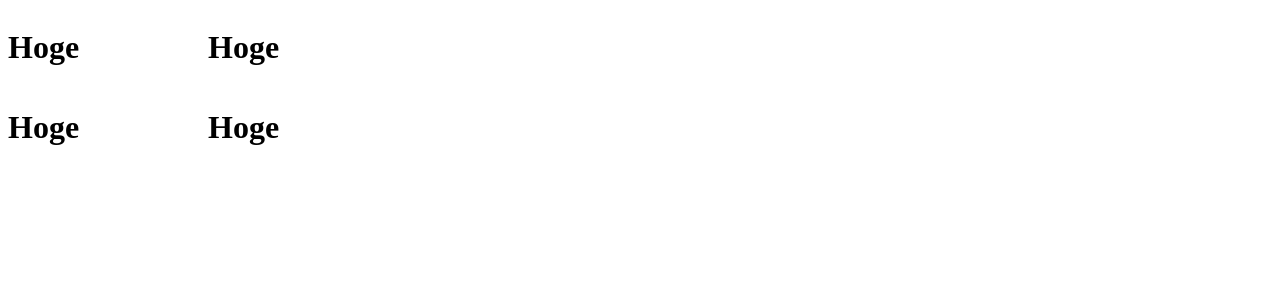
Repository: IzIzKen/samurai_HTML-CSS
Page: HTML CSSを学びWebプログラミングの第一歩を踏み出そう/15章 CSS Grid/index.html
The author's editor kept a record of every edit. The page is drawn from the files as they stood at one moment, then again after the next edit.
The browser window is 1280 px wide. The pictures show the whole page.

Above is the page before.

After the next edit:
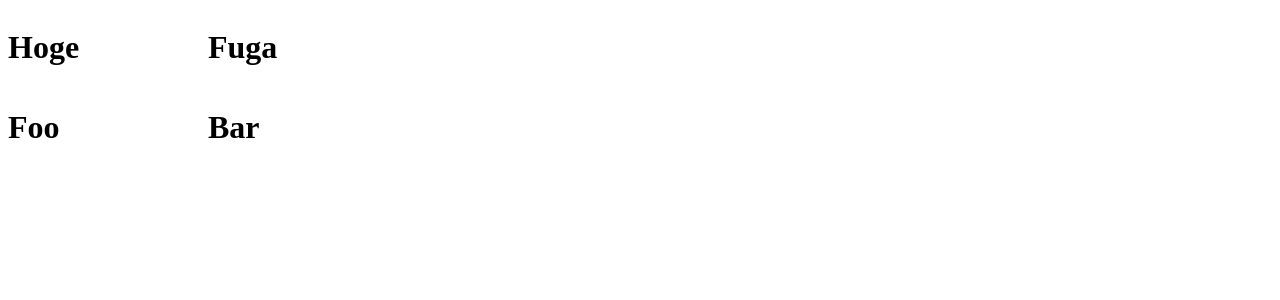
The edit:
--- a/HTML CSSを学びWebプログラミングの第一歩を踏み出そう/15章 CSS Grid/index.html
+++ b/HTML CSSを学びWebプログラミングの第一歩を踏み出そう/15章 CSS Grid/index.html
@@ -12,9 +12,9 @@
 <body>
     <div id="grid">
         <h1>Hoge</h1>
-        <h1>Hoge</h1>
-        <h1>Hoge</h1>
-        <h1>Hoge</h1>
+        <h1>Fuga</h1>
+        <h1>Foo</h1>
+        <h1>Bar</h1>
     </div>
 </body>
 </html>
